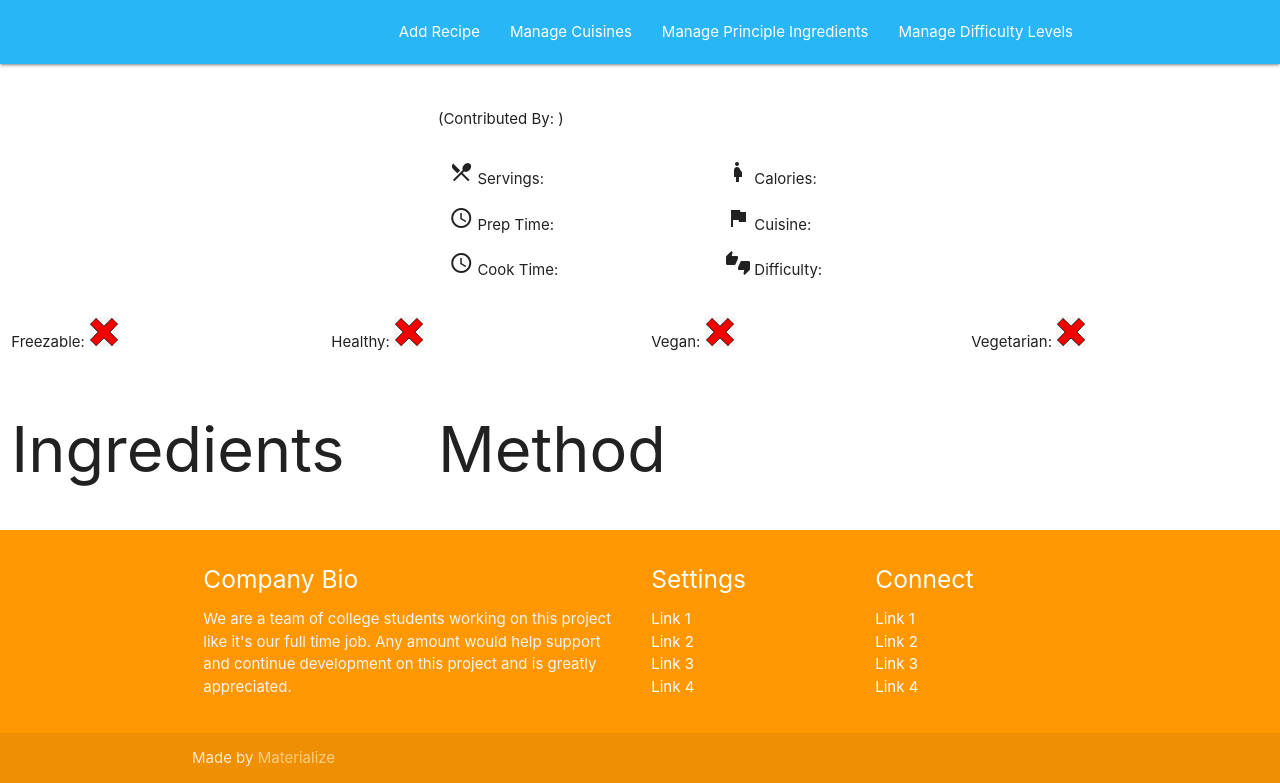
Repository: keefm6776/cookery-website
Page: templates/view_recipe.html
The author's editor kept a record of every edit. The page is drawn from the files as they stood at one moment, then again after the next edit.
The browser window is 1280 px wide. The pictures show the whole page.
The page is served by the project's application, run on Flask 3 (app.py). The template is opened directly, without the code that normally fills it, so the values that code supplies are empty.

Above is the page before.

After the next edit:
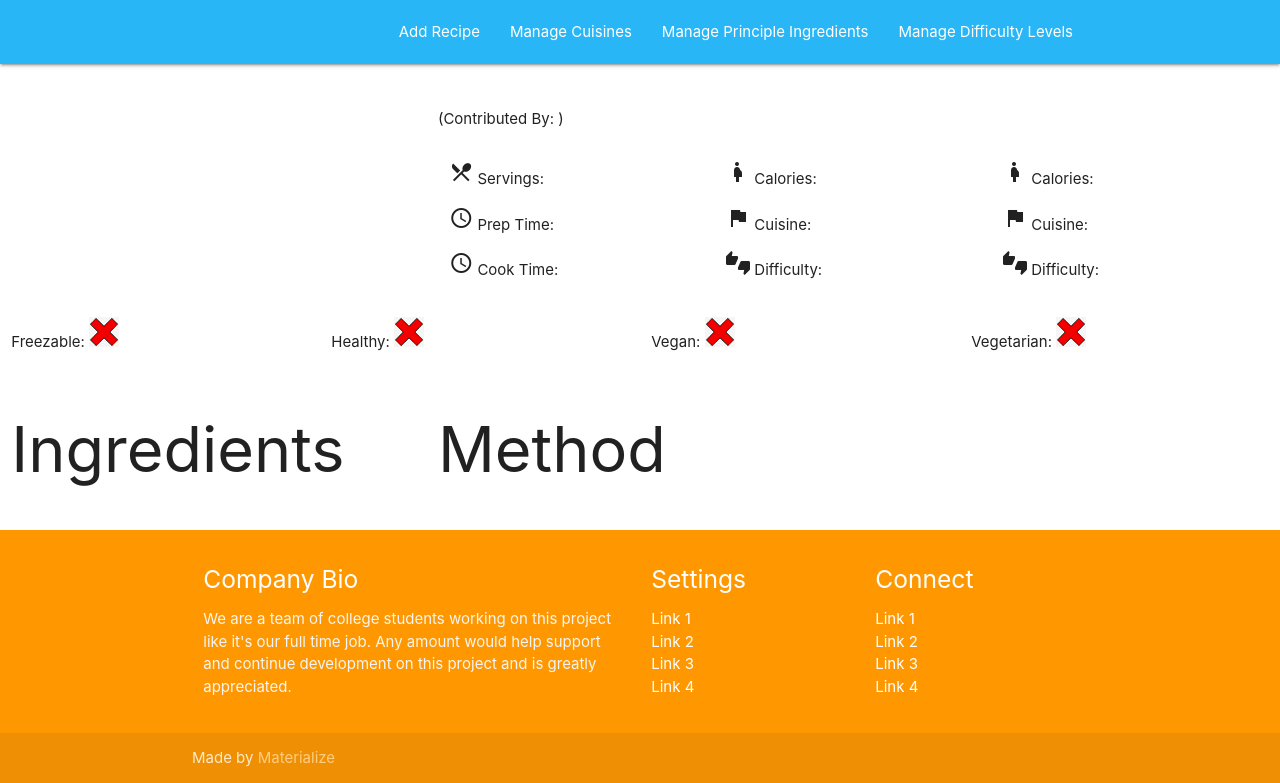
The edit:
--- a/templates/view_recipe.html
+++ b/templates/view_recipe.html
@@ -24,6 +24,12 @@
                 <p><i class="material-icons prefix">access_time</i>  Cook Time: {{recipe.cook_time}}</p>
             </div>
             <div class="col l4 s4">
+                <p><i class="material-icons prefix">pregnant_woman</i>  Calories: {{recipe.calories_per_serve}}</p>
+                <p><i class="material-icons prefix">flag</i>  Cuisine: {{recipe.cuisine_type}}</p>
+                <p><i class="material-icons prefix">thumbs_up_down</i>  Difficulty: {{recipe.difficulty}}</p>
+            </div>
+
+        <div class="col l4 s4">
                 <p><i class="material-icons prefix">pregnant_woman</i>  Calories: {{recipe.calories_per_serve}}</p>
                 <p><i class="material-icons prefix">flag</i>  Cuisine: {{recipe.cuisine_type}}</p>
                 <p><i class="material-icons prefix">thumbs_up_down</i>  Difficulty: {{recipe.difficulty}}</p>
